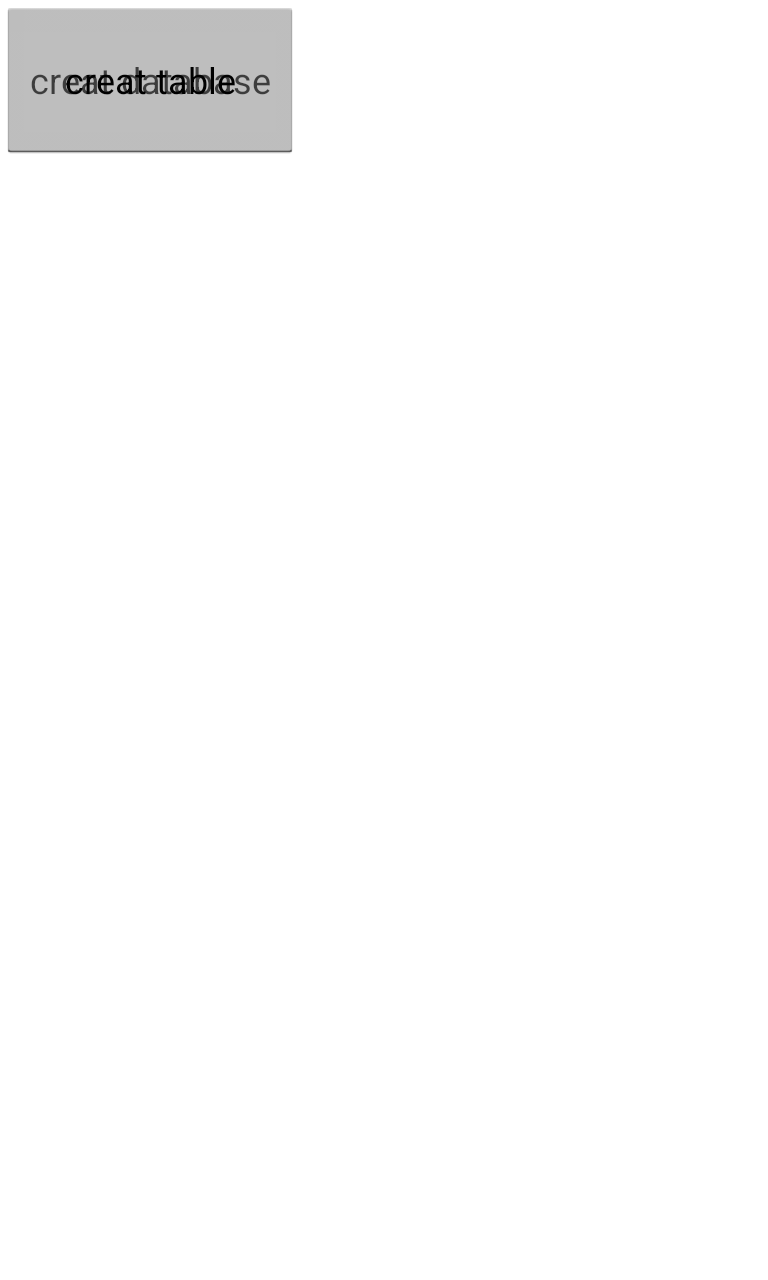
Repository: GuardLDW/HERO
Layout: GuardLDW/res/layout/db.xml
These files come from the project's save history. The layout is drawn as it stood at one moment and after the next save; the edit follows.
It is drawn on a 768 x 1280 px phone screen (xhdpi) without system bars, with theme AppTheme; the app's code is not run.

Above is the layout before, as saved 2016-11-03 07:05:19.

After the next save:
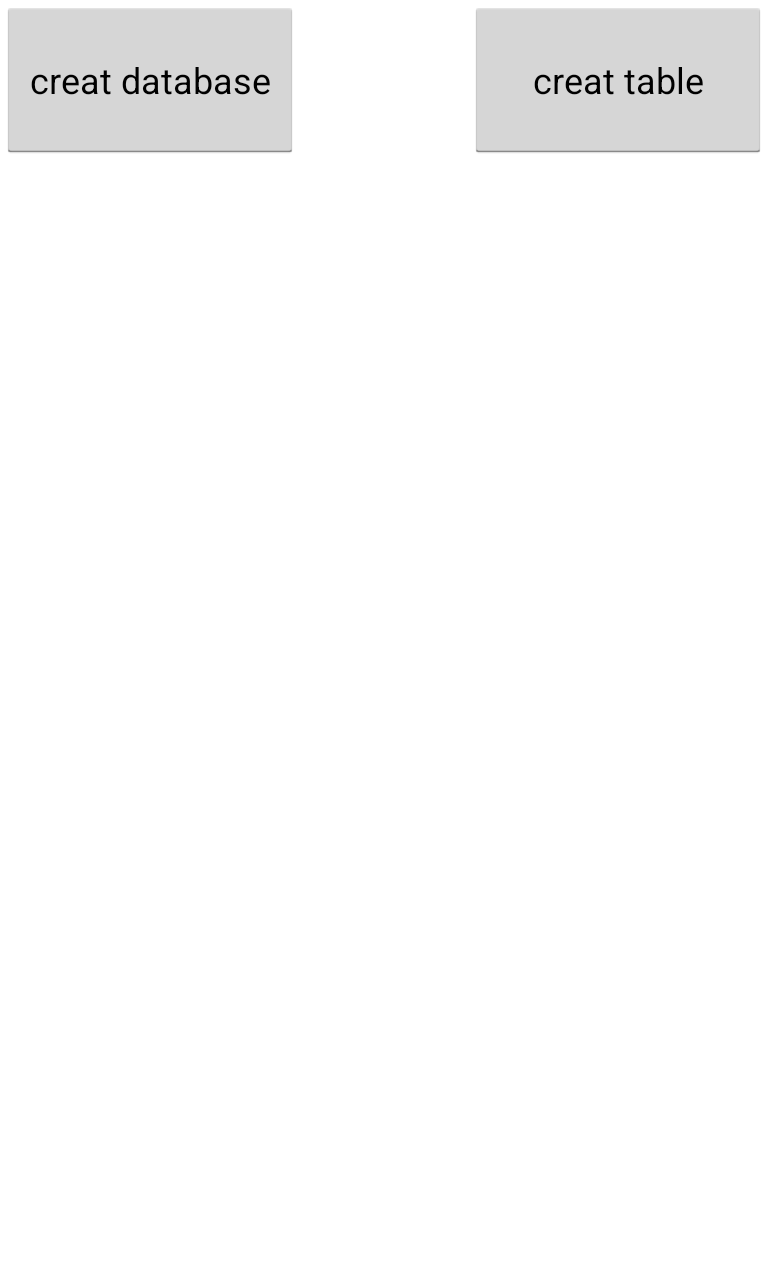
Saved 15 s later.
--- a/GuardLDW/res/layout/db.xml
+++ b/GuardLDW/res/layout/db.xml
@@ -14,12 +14,10 @@
 
     <Button
         android:id="@+id/button_creatTable"
-        android:layout_width = "150dp"
-        android:layout_height = "80dp"
-        android:text="creat table">
-
-    </Button>
-
-
+        android:layout_width="150dp"
+        android:layout_height="80dp"
+        android:layout_alignParentRight="true"
+        android:layout_alignParentTop="true"
+        android:text="creat table" />
 
     </RelativeLayout>
